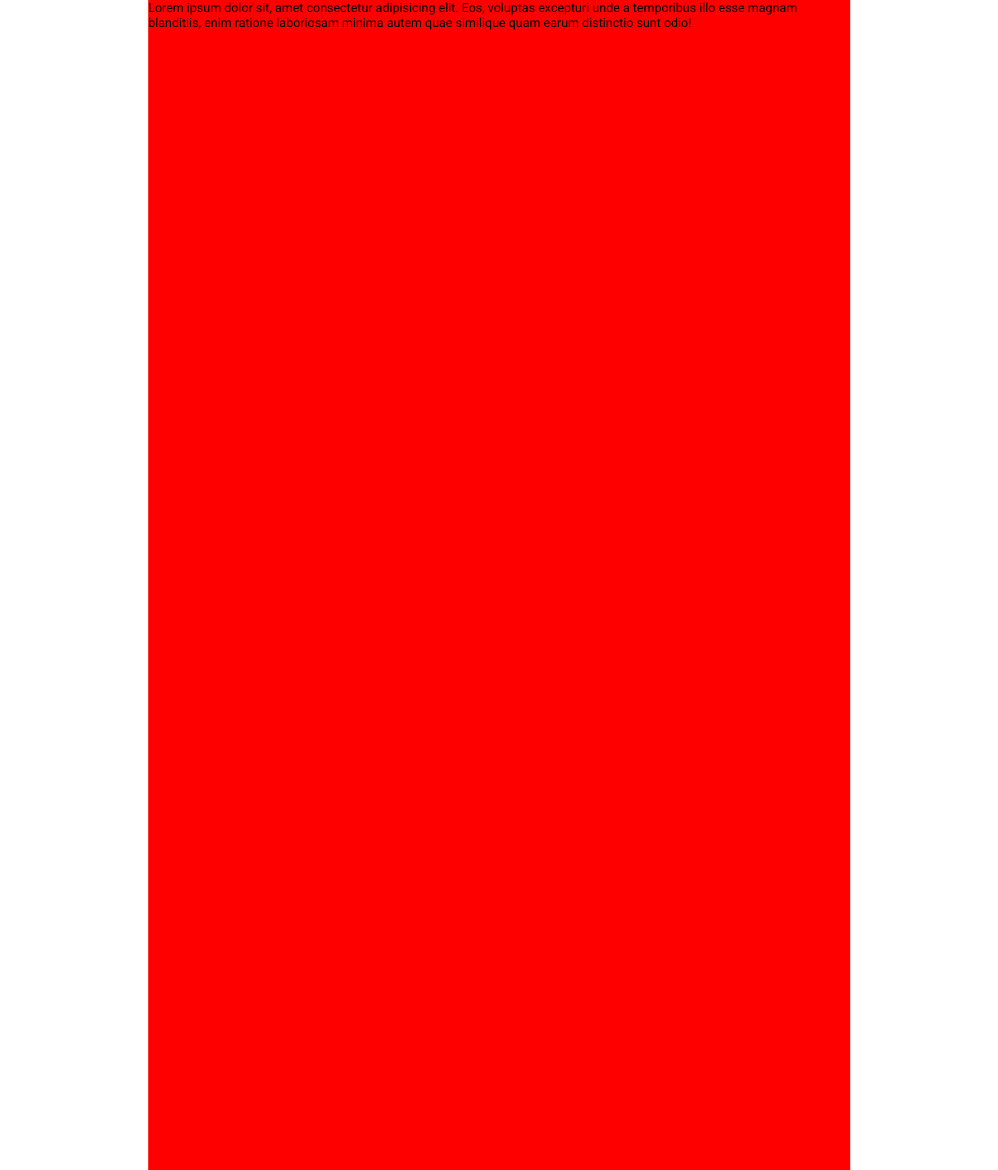
Repository: AmelYahyaoui/journal
Page: index.html
An editor plug-in stored every save of this project. The page is shown before and after a run of saves, followed by the edit.
The browser window is 1280 px wide. The pictures show the whole page, at 78% of full size.
Some web libraries are served in a nearby version.

Above is the page before, as saved 2024-10-08 13:13:53.

### index.html
<!DOCTYPE html>
<html lang="en">
<head>
  <meta charset="UTF-8">
  <meta name="viewport" content="width=device-width, initial-scale=1.0">
  <link rel="stylesheet" href="./css/style.css">
  <!-- font awesome pour les icons -->
  <script src="https://kit.fontawesome.com/86cd9e8130.js" crossorigin="anonymous"></script>
  <link rel="stylesheet" media="only screen and (max-width:500px)"  href="./css/style.mobile.css">
  <!-- googl fonts(font family on deux:staatliches et roboto) -->
  <link href="https://fonts.googleapis.com/css2?family=Staatliches&display=swap" rel="stylesheet">
  <link href="https://fonts.googleapis.com/css2?family=Roboto:ital,wght@0,100;0,300;0,400;0,500;0,700;0,900;1,100;1,300;1,400;1,500;1,700;1,900&family=Staatliches&display=swap" rel="stylesheet">
  <title>Journal | Acceuil</title>
</head>
<body>
  <div class="container"> Lorem ipsum dolor sit, amet consectetur adipisicing elit. Eos, voluptas excepturi unde a temporibus illo esse magnam blanditiis, enim ratione laboriosam minima autem quae similique quam earum distinctio sunt odio!</div>
  <!-- <header>
    <a href="#" class="logo">le journal</a>
     <ul>
      <li><a href="">Devenir membre</a></li>
      <li><a class="text-primary" href="">Connexion</a></li>
      <li><button class="btn btn-light" href="">Inscription</></li>
     </ul> -->
    <!-- <nav>
      <a href="#">TECH</a>
      <a href="#">MODE</a>
      <a href="#">POLITIQUE</a>
      <a href="#">SOCIAL</a>
      <a href="#">BOUTIQUE</a>
      <a href="#">BLOG</a>
    </nav> -->
    <!-- <section class="">
    <article class="partie1">
      <img src="img/img/bloc-1.jpeg" alt="">
      <h3>Lorem ipsum dolor sit amet consectetur adipisicing.</h3>
      <p>Lorem ipsum dolor sit amet consectetur adipisicing elit. Ex necessitatibus minima quibusdam modi ipsa quisquam temporibus, quidem ad obcaecati ducimus totam doloribus corporis repudiandae beatae eos assumenda voluptatem placeat debitis!</p>
      <p>Lorem, ipsum.</p>
      <p>Oct 23 - 16 min read</p>
      <icons></icons>
    </article>
    <article class="">
      <img src="img/img/bloc-2.jpeg" alt="">
      <h3></h3>
      <p></p>
      <p></p>
      <p></p>
      <icons></icons>
    </article>
    <article class="">
      <img src="img/img/bloc-3.jpeg" alt="">
      <h3></h3>
      <p></p>
      <p></p>
      <p></p>
      <icons></icons>
    </article>
    <article class="">
      <img src="img/img/bloc-4.jpeg" alt="">
      <h3></h3>
      <p></p>
      <p></p>
      <p></p>
      <icons></icons>
    </article>
    <article class="">
      <img src="img/img/bloc-5.jpeg" alt="">
      <h3></h3>
      <p></p>
      <p></p>
      <p></p>
      <icons></icons>
    </article>
  </section> -->
  </header>
</body>
</html>

### css/style.css
/* & reset */
* {
  margin: 0;
  padding: 0;
  box-sizing: border-box;
}

/* ^ general  */
/* def pour color */
:root {
  --primary: #be2529;
  --dark: #333;
  --secondary: #0d0d0d;
  --gray: #ddd;
  --gray-light: #eee;
  --gray-hint: #555;

}

/* pour tout html */
:root {
  font-size: 62.5%;
}

body {
  font-family: "Roboto", sans-serif;
  font-size: 1.6rem;

}

h1,
h2,
h3,
h4,
h5,
h6 {
  font-family: "Staatliches", cursive;
}

a {
  font-size: 1.6rem;
  color: var(--dark);
  text-decoration: none;
}

ul {
  list-style: none;
}

/* ~ utility */
.container {
  display: block;
  margin: auto;
  max-width: 900px;
  height: 1500px;
  background-color: red;
}

.text-primary {
  color: var(--primary);
}

/* hover simple */
.text-primary:hover {
  opacity: 0.8;
}

.btn {
  font-size: 1.6rem;
  padding: 1rem 1rem;
  border-radius: 0.5rem;
  cursor: pointer;
  border: 0px;
  -webkit-border-radius: 0.5rem;
  -moz-border-radius: 0.5rem;
  -ms-border-radius: 0.5rem;
  -o-border-radius: 0.5rem;
  transition: 0.2s;
  -webkit-transition: 0.2s;
  -moz-transition: 0.2s;
  -ms-transition: 0.2s;
  -o-transition: 0.2s;
}

.btn-light {
  background: white;
  border: 1px solid var(--primary);
  color: var(--primary);
}

.btn-light:hover {
  background: var(--primary);
  color: white
}


/* ~ Header */

header {
  display: grid;
  grid-template-columns: 1fr auto;
  place-items: center start;
  line-height: 3.5rem;
  margin: 0.5rem auto;
}

header .logo {
  font-size: 3rem;
  font-family: "Staatliches", cursive;
}

header a {
  display: block;
  padding: 1rem;
}

header ul {
  display: flex;
  align-items: center;
}

header ul li {
  padding: 1rem 1.5rem;
}

/* ^ Navbar */
nav{
  display: flex;
  padding: 1rem;
  justify-content: center;
  gap: 50px;
  position: sticky;
  top:0;
  background:#FFFFFF;
}

Loaded but not shown: css/style.mobile.css (no stored copy; drawn as an empty file)

After the next 3 saves:
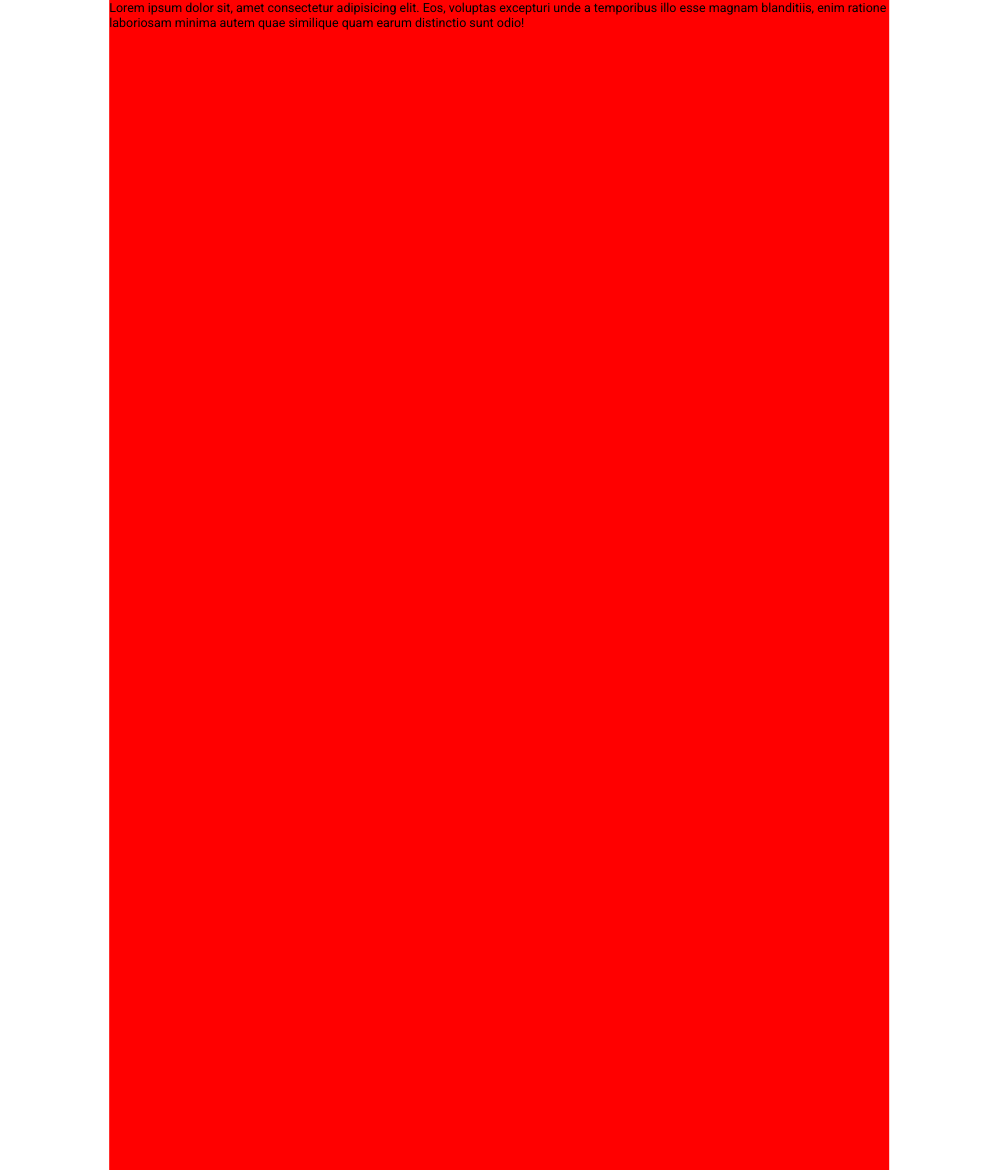
The 3 saves are shown as one change because they came seconds apart.
The last was saved 8 s later.
--- a/css/style.css
+++ b/css/style.css
@@ -51,7 +51,7 @@ ul {
 .container {
   display: block;
   margin: auto;
-  max-width: 900px;
+  max-width: 1000px;
   height: 1500px;
   background-color: red;
 }
